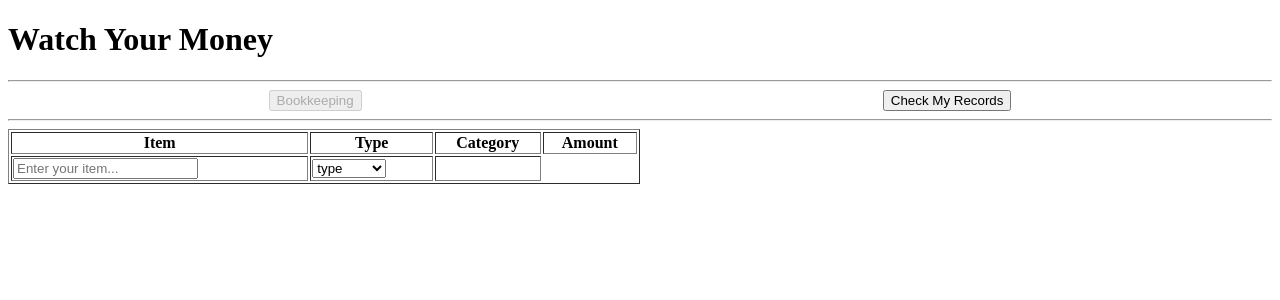
Repository: chelsea9869/Hackathon-TNT
Page: http://localhost/app/watch_your_money.php
The author's editor kept a copy of each file at every save. The page is drawn from the files as they stood at one save, then again after a run of saves.
The browser window is 1280 px wide. The pictures show the whole page.
The page is run by PHP 8.4 with error messages shown; the project is at /var/www/html/.

Above is the page before, as saved 2020-09-05 12:22:34.

After the next 3 saves:
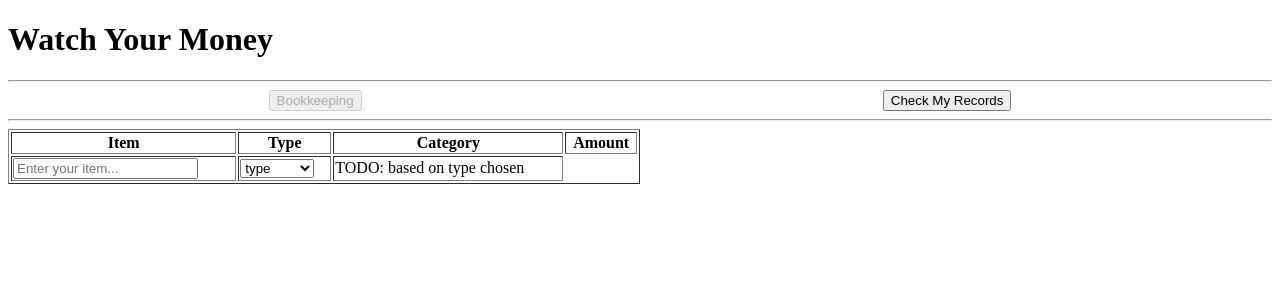
The 3 saves are shown as one change because they came seconds apart.
The last was saved 9 s later.
--- a/app/watch_your_money.php
+++ b/app/watch_your_money.php
@@ -36,7 +36,7 @@ require_once 'include/bookkeeping-dropdown.php';
                         <tr>
                             <td><input type="text" name="item[]" placeholder="Enter your item..."></td>
                             <td><?=$type_dropdown?></td>
-                            <td></td>
+                            <td>TODO: based on type chosen</td>
                         </tr>
                     </tbody>
                 </table>
